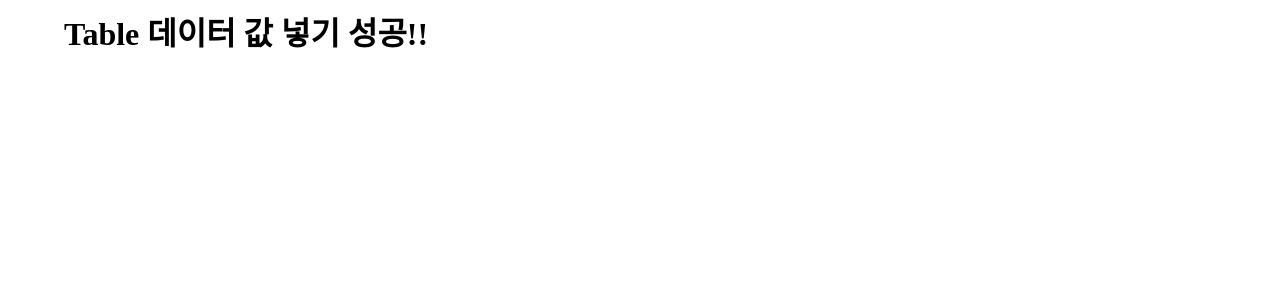
Repository: kimeuiyeob/KOPO_JSP_Study
Page: http://localhost/JSP/insertRandom.jsp
The author's editor kept a copy of each file at every save. The page is drawn from the files as they stood at one save, then again after the next save.
The browser window is 1280 px wide. The pictures show the whole page.
The page is served by Tomcat 9. Other server files are loaded and not shown. Queries for data that is not in the repository find no rows.

Above is the page before, as saved 2023-05-24 07:56:12.

### JSP/src/main/webapp/insertRandom.jsp
<%@page import="javax.servlet.jsp.tagext.TryCatchFinally"%>
<%@ page language="java" contentType="text/html; charset=UTF-8"
   pageEncoding="UTF-8"%>

<!-- JDBC 사용시 필요한 임포트 -->
<%@ page import="java.sql.*"%>
<%@ page import="javax.sql.*"%>
<%@ page import="java.io.*"%>

<HTML>
<HEAD>
</HEAD>
<BODY>
<%

Connection conn = null;
try{
	String url = "jdbc:mysql://localhost:33060/kopo07?useSSL=false";
	String user = "root";
	String pw = "1234";
	Class.forName("com.mysql.cj.jdbc.Driver");
	conn = DriverManager.getConnection(url, user, pw);
	Statement stmt = conn.createStatement();


	int id = 0;

	ResultSet rset = stmt.executeQuery("select MAX(studentid) from twice");
	while(rset.next()) {
		id = rset.getInt(1);
	}
	id++;

   String name = "";
   int kor;
   int eng;
   int mat;

   for(int i = 1; i <= 10; i++) {

      name = String.format("홍길동%02d",i);
      kor = (int)(Math.random() *101);
      eng = (int)(Math.random() *101);
      mat = (int)(Math.random() *101);

      stmt.execute("insert into twice value('"+name+"'," + id + "," + kor + "," + eng + "," + mat + ");");
      id++;
   }

   stmt.close();
   conn.close();

%>
<h1>&nbsp&nbsp&nbsp&nbsp&nbsp&nbsp&nbspTable 데이터 값 넣기 성공!!</h1>
<%
} catch(Exception e){
%>
<h1>&nbsp&nbsp&nbsp&nbsp&nbsp&nbsp&nbspTable 데이터 값 넣기 실패!!</h1>
<%
}
%>
</BODY>
</HTML>

After the next save:
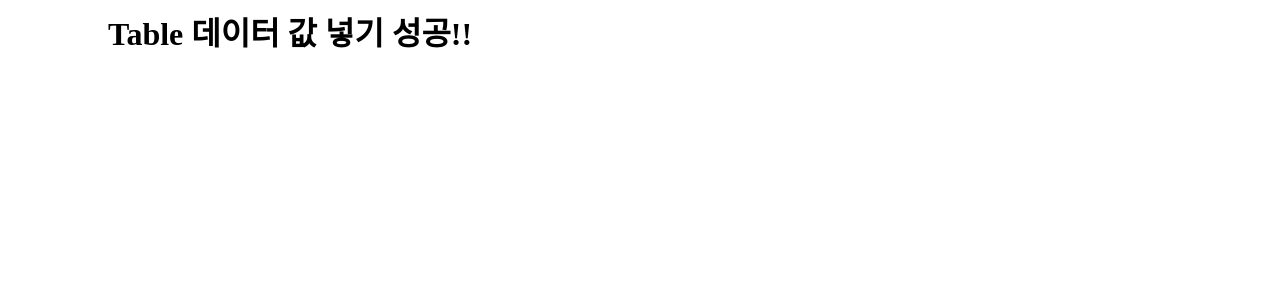
Saved 18 s later.
--- a/JSP/src/main/webapp/insertRandom.jsp
+++ b/JSP/src/main/webapp/insertRandom.jsp
@@ -10,6 +10,11 @@
 <HTML>
 <HEAD>
 </HEAD>
+<style>
+	h1 {
+	padding-left : 100px;
+	}
+</style>
 <BODY>
 <%
 
@@ -51,11 +56,11 @@ try{
    conn.close();
 
 %>
-<h1>&nbsp&nbsp&nbsp&nbsp&nbsp&nbsp&nbspTable 데이터 값 넣기 성공!!</h1>
+<h1>Table 데이터 값 넣기 성공!!</h1>
 <%
 } catch(Exception e){
 %>
-<h1>&nbsp&nbsp&nbsp&nbsp&nbsp&nbsp&nbspTable 데이터 값 넣기 실패!!</h1>
+<h1>Table 데이터 값 넣기 실패!!</h1>
 <%
 }
 %>
